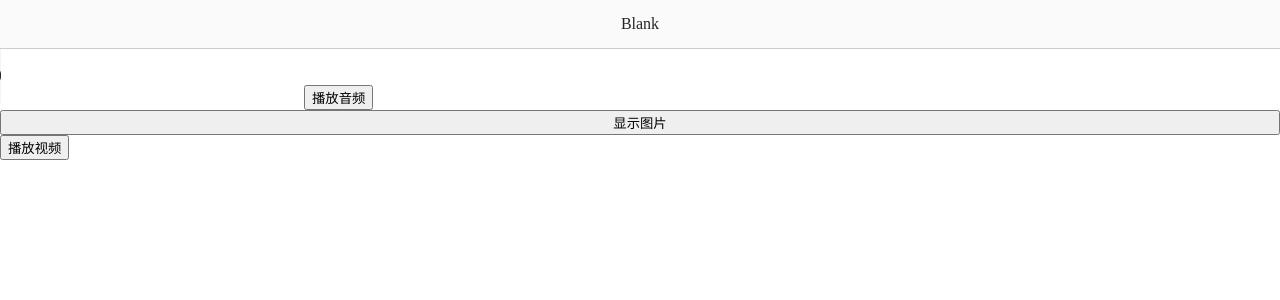
Repository: andycj7/-
Page: web/test3/index.html
An editor plug-in stored every save of this project. The page is shown before and after the next save, followed by the edit.
The browser window is 1280 px wide. The pictures show the whole page.

Above is the page before, as saved 2020-07-15 03:41:28.

### web/test3/index.html
<html>

<head>
<meta charset="utf-8">
<meta name="viewport"
	content="initial-scale=1, maximum-scale=1, user-scalable=no, width=device-width">
<title>Blank</title>
<link rel="stylesheet" href="css/base.css">
</head>

<body>
	<div class="title">Blank</div>
	<div class="line"></div>
	<div>
	<audio controls="controls">
		<source src="./res/audio/1.mp3" type = "audio/mp3">
	</audio>
	<button>播放音频</button>
	</div>
	<div id = "pictureDisplay" class="picture-display">
	<img id = img></img>
	<button onclick="displayPicture()">显示图片</button>
	</div>
	<div>
	<button>播放视频</button>
	</div>
</body>
<script>

	function displayPicture(){

		var img = document.getElementById("img");
		img.src = "./res/img/appicon.png"
	}

</script>
</html>

### web/test3/css/base.css
@charset "UTF-8";

body {
	margin: 0;
}

.title {
	height: 48px;
	font-size: 16px;
	line-height: 48px;
	text-align: center;
	color: rgba(0, 0, 0, .85);
	background-color: #fafafa;
}

.line {
	width: 100%;
	height: 1px;
	background-color: rgb(204, 204, 204);
}

.picture-display {
	display: flex;
	flex-direction: column;
	justify-content: center;
	flex-grow: 0;
}

After the next save:
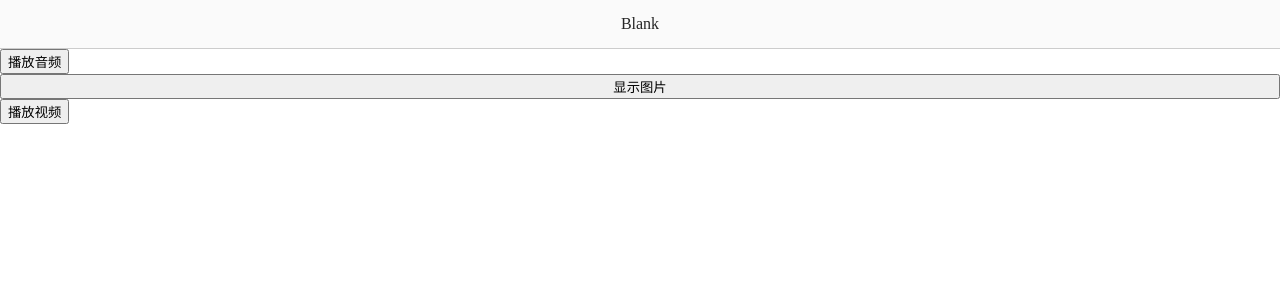
Saved 97 min 11 s later.
--- a/web/test3/index.html
+++ b/web/test3/index.html
@@ -12,7 +12,7 @@
 	<div class="title">Blank</div>
 	<div class="line"></div>
 	<div>
-	<audio controls="controls">
+	<audio>
 		<source src="./res/audio/1.mp3" type = "audio/mp3">
 	</audio>
 	<button>播放音频</button>
